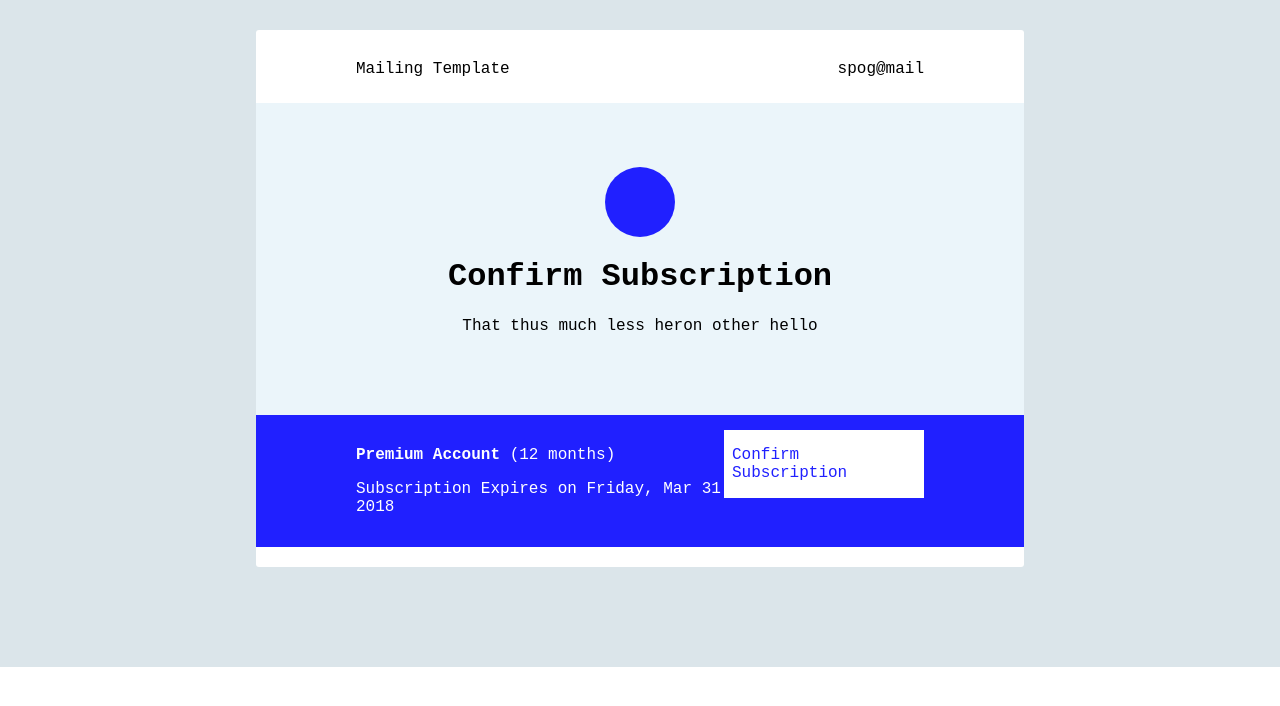
Repository: Lecon-Git/Appmail-Template
Page: mail.html
These files come from the project's save history. The page is drawn as it stood at one moment and after a run of saves; the edit follows.
The browser window is 1280 px wide. The pictures show the whole page.

Above is the page before, as saved 2021-11-01 21:53:59.

After the next 2 saves:
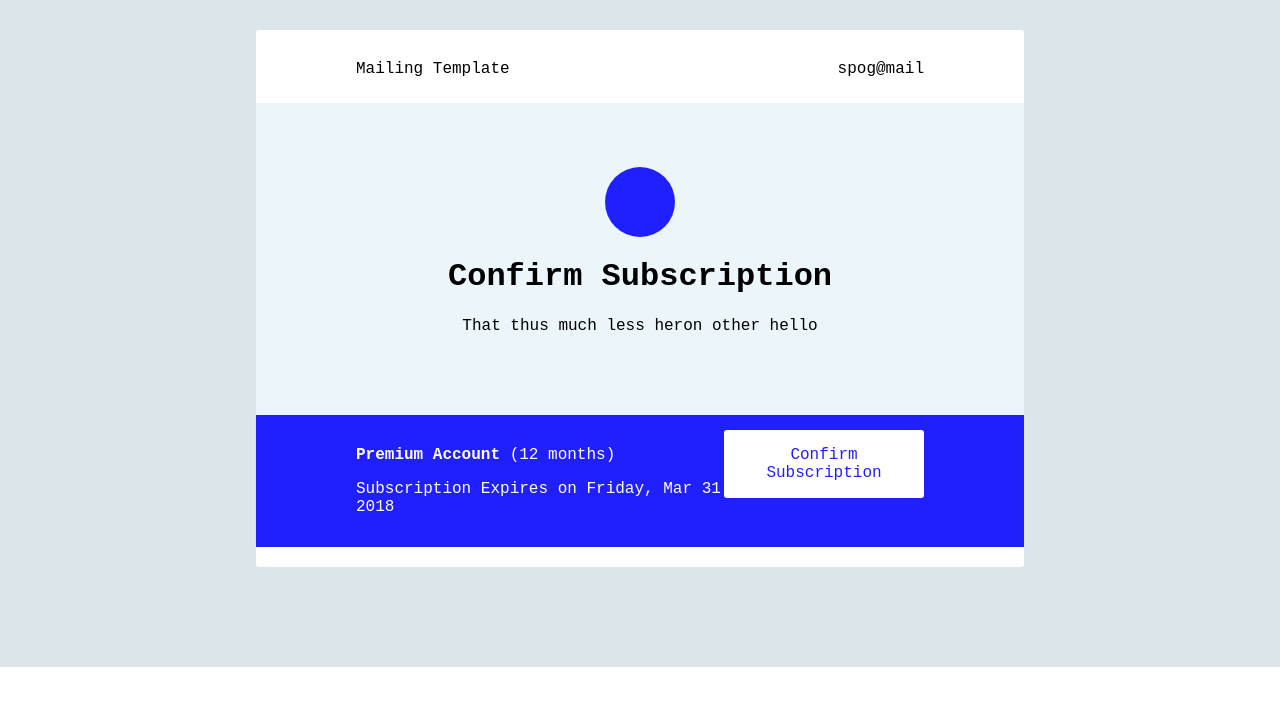
The 2 saves are shown as one change because they came seconds apart.
The last was saved 37 s later.
--- a/css/mail.css
+++ b/css/mail.css
@@ -66,5 +66,6 @@ body {
     background-color: #fff;
     color: #2020ff;
     padding: 16px 8px;
-    text-align: justify;
+    text-align: center;
+    border-radius: 3px;
 }
